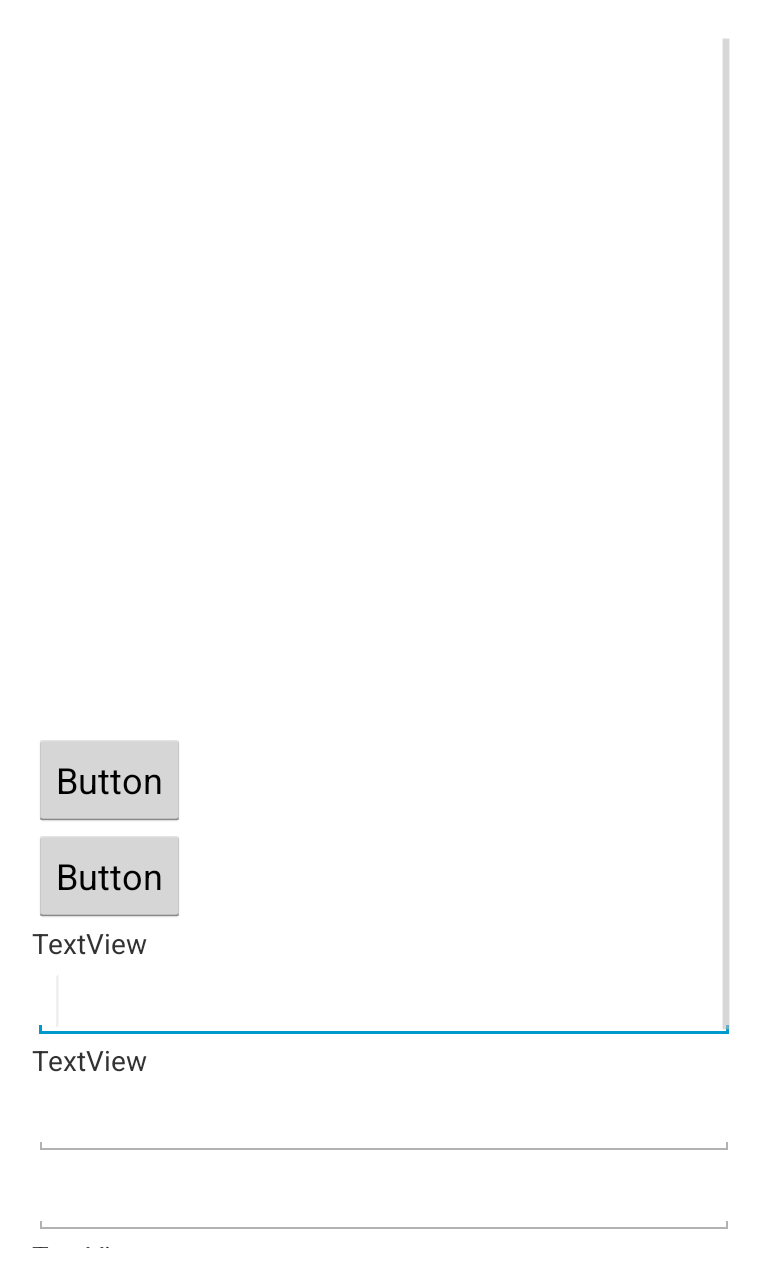
Repository: ankitC/taskmon
Layout: taskMonV2/res/layout/activity_main.xml
These files come from the project's save history. The layout is drawn as it stood at one moment and after the next save; the edit follows.
It is drawn on a 768 x 1280 px phone screen (xhdpi) without system bars, with theme AppTheme; the app's code is not run.

Above is the layout before, as saved 2013-10-13 16:29:05.

After the next save:
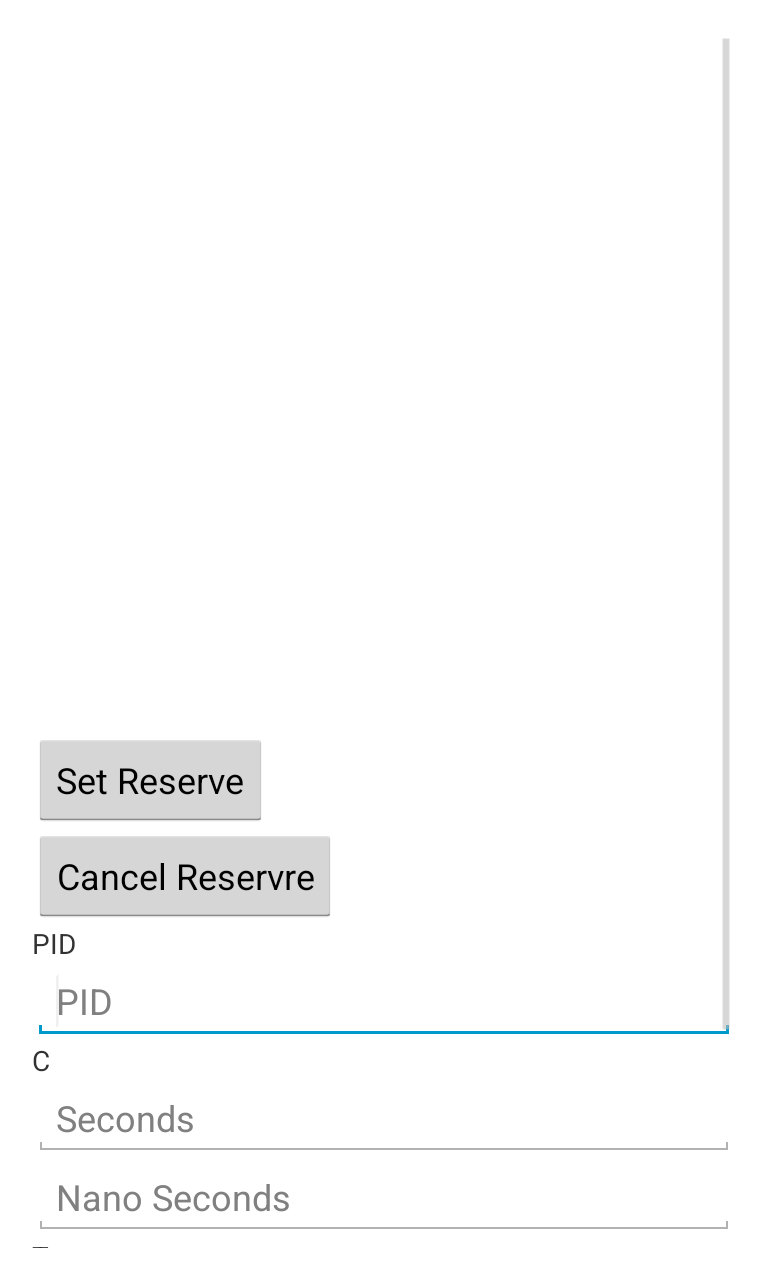
Saved 25 s later.
--- a/taskMonV2/res/layout/activity_main.xml
+++ b/taskMonV2/res/layout/activity_main.xml
@@ -30,25 +30,26 @@
                 android:id="@+id/button1"
                 android:layout_width="wrap_content"
                 android:layout_height="wrap_content"
-                android:text="Button" />
+                android:text="@string/setReserve" />
 
             <Button
                 android:id="@+id/button2"
                 android:layout_width="wrap_content"
                 android:layout_height="wrap_content"
-                android:text="Button" />
+                android:text="@string/cancelReserve" />
 
             <TextView
                 android:id="@+id/textView1"
                 android:layout_width="wrap_content"
                 android:layout_height="wrap_content"
-                android:text="TextView" />
+                android:text="@string/pid" />
 
             <EditText
                 android:id="@+id/editText1"
                 android:layout_width="match_parent"
                 android:layout_height="wrap_content"
-                android:ems="10" >
+                android:ems="10"
+                android:hint="@string/pid" >
 
                 <requestFocus />
             </EditText>
@@ -57,49 +58,54 @@
                 android:id="@+id/textView2"
                 android:layout_width="wrap_content"
                 android:layout_height="wrap_content"
-                android:text="TextView" />
+                android:text="@string/c" />
 
             <EditText
                 android:id="@+id/editText2"
                 android:layout_width="match_parent"
                 android:layout_height="wrap_content"
-                android:ems="10" />
+                android:ems="10"
+                android:hint="@string/seconds" />
 
             <EditText
                 android:id="@+id/editText3"
                 android:layout_width="match_parent"
                 android:layout_height="wrap_content"
-                android:ems="10" />
+                android:ems="10"
+                android:hint="@string/nanoSeconds" />
 
             <TextView
                 android:id="@+id/textView3"
                 android:layout_width="wrap_content"
                 android:layout_height="wrap_content"
-                android:text="TextView" />
+                android:text="@string/t" />
 
             <EditText
                 android:id="@+id/editText4"
                 android:layout_width="match_parent"
                 android:layout_height="wrap_content"
-                android:ems="10" />
+                android:ems="10"
+                android:hint="@string/seconds" />
 
             <EditText
                 android:id="@+id/editText5"
                 android:layout_width="match_parent"
                 android:layout_height="wrap_content"
-                android:ems="10" />
+                android:ems="10"
+                android:hint="@string/nanoSeconds" />
 
             <TextView
                 android:id="@+id/textView4"
                 android:layout_width="wrap_content"
                 android:layout_height="wrap_content"
-                android:text="TextView" />
+                android:text="@string/priority" />
 
             <EditText
                 android:id="@+id/editText6"
                 android:layout_width="match_parent"
                 android:layout_height="wrap_content"
-                android:ems="10" />
+                android:ems="10"
+                android:hint="@string/priority" />
 
         </LinearLayout>
 
